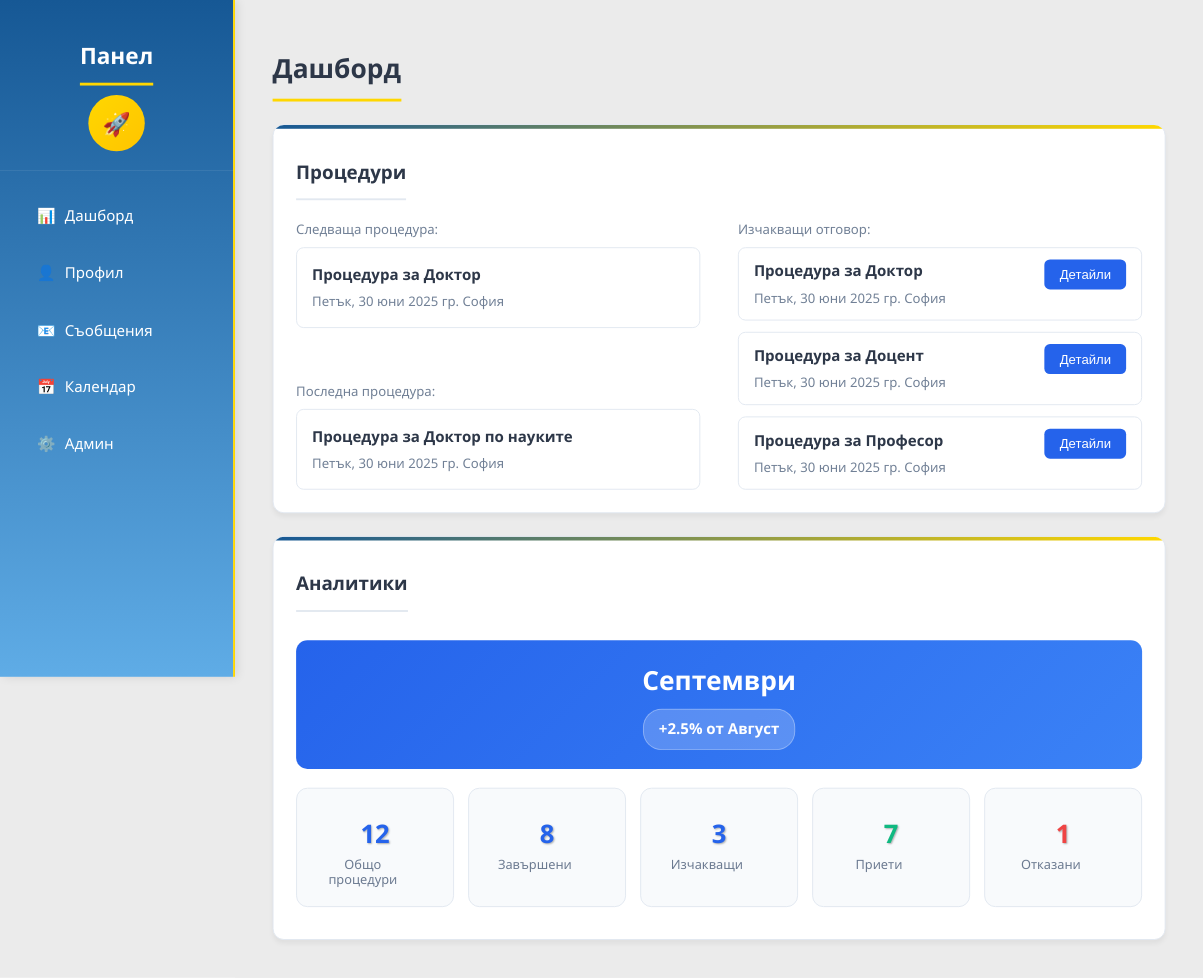
Repository: BorisSavianov/doxa-frontend
Page: /
The author's editor kept a copy of each file at every save. The page is drawn from the files as they stood at one save, then again after the next save.
The browser window is 1280 px wide. The pictures show the whole page, at 94% of full size.
The project was rebuilt for these pictures with package versions that can differ from the ones it lists, and the page was loaded fresh each time. Also part of the build but not shown: vite.config.js, src/components/Layout/Header.jsx, src/pages/Profile.jsx, src/pages/Inbox.css, src/pages/Inbox.jsx, src/pages/Calendar.css, src/pages/Calendar.jsx, src/pages/Admin.jsx.

Above is the page before, as saved 2025-10-24 14:24:12.

### index.html
<!doctype html>
<html lang="en">
  <head>
    <meta charset="UTF-8" />
    <link rel="icon" type="image/svg+xml" href="/vite.svg" />
    <meta name="viewport" content="width=device-width, initial-scale=1.0" />
    <title>vtu</title>
  </head>
  <body>
    <div id="root"></div>
    <script type="module" src="/src/main.jsx"></script>
  </body>
</html>

### src/main.jsx
import React from 'react'
import ReactDOM from 'react-dom/client'
import { createBrowserRouter, RouterProvider } from 'react-router-dom'
import { ThemeProvider } from './contexts/ThemeContext'
import { LanguageProvider } from './contexts/LanguageContext'
import Layout from './components/Layout/Layout'
import Dashboard from './pages/Dashboard'
import Profile from './pages/Profile'
import Inbox from './pages/Inbox'
import Calendar from './pages/Calendar'
import Admin from './pages/Admin'
import './index.css'

const router = createBrowserRouter([
  {
    path: "/",
    element: <Layout />,
    children: [
      {
        index: true,
        element: <Dashboard />,
      },
      {
        path: "dashboard",
        element: <Dashboard />,
      },
      {
        path: "profile",
        element: <Profile />,
      },
      {
        path: "inbox",
        element: <Inbox />,
      },
      {
        path: "calendar",
        element: <Calendar />,
      },
      {
        path: "admin",
        element: <Admin />,
      },
    ],
  },
], {
  future: {
    v7_startTransition: true,
    v7_relativeSplatPath: true,
  },
});

function App() {
  return (
    <ThemeProvider>
      <LanguageProvider>
        <RouterProvider router={router} />
      </LanguageProvider>
    </ThemeProvider>
  )
}

ReactDOM.createRoot(document.getElementById('root')).render(
  <React.StrictMode>
    <App />
  </React.StrictMode>,
)

### src/contexts/LanguageContext.jsx
import React, { createContext, useContext, useState } from 'react'
import { useLocalStorage } from '../hooks/useLocalStorage'

const LanguageContext = createContext()

export const useLanguage = () => {
  const context = useContext(LanguageContext)
  if (!context) {
    throw new Error('useLanguage must be used within a LanguageProvider')
  }
  return context
}

export const LanguageProvider = ({ children }) => {
  const [isEnglish, setIsEnglish] = useLocalStorage('language', false)

  const toggleLanguage = () => {
    setIsEnglish(prev => !prev)
  }

  const t = (bg, en) => {
    return isEnglish ? en : bg
  }

  const value = {
    isEnglish,
    toggleLanguage,
    t
  }

  return (
    <LanguageContext.Provider value={value}>
      {children}
    </LanguageContext.Provider>
  )
}

// В LanguageContext.jsx, добави следния код в t функцията или създай нова:
const calendarLocales = {
  bg: {
    buttonText: {
      today: 'Днес',
      month: 'Месец',
      week: 'Седмица',
      day: 'Ден',
      list: 'Списък'
    },
    allDayText: 'Цял ден',
    noEventsText: 'Няма събития'
  },
  en: {
    buttonText: {
      today: 'Today',
      month: 'Month',
      week: 'Week',
      day: 'Day',
      list: 'List'
    },
    allDayText: 'All day',
    noEventsText: 'No events'
  }
}

// Актуализирай t функцията или добави нова:
const getCalendarLocale = () => {
  return isEnglish ? calendarLocales.en : calendarLocales.bg
}

### src/components/Layout/Layout.jsx
import React from 'react'
import { Outlet } from 'react-router-dom'
import { useTheme } from '../../contexts/ThemeContext'
import Header from './Header'
import Sidebar from './Sidebar'
import '../../styles/globals.css'

const Layout = () => {
  const { isDark } = useTheme()

  return (
    <div className={`app ${isDark ? 'dark' : 'light'}`}>
      <Sidebar />
      <div className="main-content">

        <Outlet />
      </div>
    </div>
  )
}

export default Layout

### src/pages/Dashboard.jsx
import React from 'react';
import '../styles/dashboard.css';

const Dashboard = () => {
  return (
    <div className="dashboard">
      <h2>Дашборд</h2>

      {/* Процедури секция - цяла ширина */}
      <div className="card procedures-card full-width">
        <h2>Процедури</h2>

        <div className="procedures-grid">
          {/* Лява колона - Следваща и Последна процедура */}
          <div className="procedures-column">
            <div className="procedure-section">
              <h3>Следваща процедура:</h3>
              <div className="procedure-item">
                <div className="procedure-content">
                  <div className="procedure-info">
                    <div className="procedure-title">Процедура за Доктор</div>
                    <div className="procedure-date">Петък, 30 юни 2025 гр. София</div>
                  </div>
                </div>
              </div>
            </div>

            <div className="procedure-section">
              <h3>Последна процедура:</h3>
              <div className="procedure-item">
                <div className="procedure-content">
                  <div className="procedure-info">
                    <div className="procedure-title">Процедура за Доктор по науките</div>
                    <div className="procedure-date">Петък, 30 юни 2025 гр. София</div>
                  </div>
                </div>
              </div>
            </div>
          </div>

          {/* Дясна колона - Изчакващи процедури */}
          <div className="procedures-column">
            <div className="procedure-section">
              <h3>Изчакващи отговор:</h3>
              <div className="procedure-list">
                <div className="procedure-item waiting">
                  <div className="procedure-content">
                    <div className="procedure-info">
                      <div className="procedure-title">Процедура за Доктор</div>
                      <div className="procedure-date">Петък, 30 юни 2025 гр. София</div>
                    </div>
                    <button className="details-btn">Детайли</button>
                  </div>
                </div>
                <div className="procedure-item waiting">
                  <div className="procedure-content">
                    <div className="procedure-info">
                      <div className="procedure-title">Процедура за Доцент</div>
                      <div className="procedure-date">Петък, 30 юни 2025 гр. София</div>
                    </div>
                    <button className="details-btn">Детайли</button>
                  </div>
                </div>
                <div className="procedure-item waiting">
                  <div className="procedure-content">
                    <div className="procedure-info">
                      <div className="procedure-title">Процедура за Професор</div>
                      <div className="procedure-date">Петък, 30 юни 2025 гр. София</div>
                    </div>
                    <button className="details-btn">Детайли</button>
                  </div>
                </div>
              </div>
            </div>
          </div>
        </div>
      </div>

      {/* Долни секции */}
      <div className="bottom-sections">
        {/* Аналитики секция - разтегната на цялата дължина */}
        <div className="card analytics-card full-width">
          <h2>Аналитики</h2>
          <div className="analytics-content">
            <div className="analytics-main">
              <div className="month">Септември</div>
              <div className="trend positive">+2.5% от Август</div>
            </div>
            <div className="analytics-stats">
              <div className="stat-item">
                <div className="stat-value">12</div>
                <div className="stat-label">Общо процедури</div>
              </div>
              <div className="stat-item">
                <div className="stat-value">8</div>
                <div className="stat-label">Завършени</div>
              </div>
              <div className="stat-item">
                <div className="stat-value">3</div>
                <div className="stat-label">Изчакващи</div>
              </div>
              <div className="stat-item">
                <div className="stat-value accepted">7</div>
                <div className="stat-label">Приети</div>
              </div>
              <div className="stat-item">
                <div className="stat-value rejected">1</div>
                <div className="stat-label">Отказани</div>
              </div>
            </div>
          </div>
        </div>
      </div>
    </div>
  );
};

export default Dashboard;

### src/index.css
:root {
  font-family: Inter, system-ui, Avenir, Helvetica, Arial, sans-serif;
  line-height: 1.5;
  font-weight: 400;
}

body {
  margin: 0;
  display: flex;
  place-items: center;
  min-width: 320px;
  min-height: 100vh;
}

#root {
  width: 100%;
  margin: 0 auto;
}

### src/components/Layout/Sidebar.jsx
import React from 'react'
import { NavLink } from 'react-router-dom'
import { useLanguage } from '../../contexts/LanguageContext'

const Sidebar = () => {
  const { t } = useLanguage()

  const menuItems = [
    { path: '/dashboard', label: t('Дашборд', 'Dashboard'), icon: '📊' },
    { path: '/profile', label: t('Профил', 'Profile'), icon: '👤' },
    { path: '/inbox', label: t('Съобщения', 'Inbox'), icon: '📧' },
    { path: '/calendar', label: t('Календар', 'Calendar'), icon: '📅' },
    { path: '/admin', label: t('Админ', 'Admin'), icon: '⚙️' }
  ]

  return (
    <aside className="sidebar">
      <div style={{ padding: '20px', textAlign: 'center', borderBottom: '1px solid rgba(255,255,255,0.1)' }}>
        <h2 style={{ color: 'white', fontSize: '1.5rem', marginBottom: '10px' }}>
          {t('Панел', 'Panel')}
        </h2>
        <div style={{
          width: '60px',
          height: '60px',
          background: 'linear-gradient(135deg, var(--accent), #FFC400)',
          borderRadius: '50%',
          margin: '0 auto',
          display: 'flex',
          alignItems: 'center',
          justifyContent: 'center',
          fontSize: '1.5rem'
        }}>
          🚀
        </div>
      </div>

      <nav style={{ marginTop: '20px' }}>
        <ul>
          {menuItems.map((item) => (
            <li key={item.path}>
              <NavLink
                to={item.path}
                className={({ isActive }) => isActive ? 'active' : ''}
              >
                <span style={{ marginRight: '10px' }}>{item.icon}</span>
                {item.label}
              </NavLink>
            </li>
          ))}
        </ul>
      </nav>
    </aside>
  )
}

export default Sidebar

### src/styles/globals.css
* {
  margin: 0;
  padding: 0;
  box-sizing: border-box;
}

:root {
  --transition: all 0.3s ease;
}

body {
  font-family: 'Segoe UI', Tahoma, Geneva, Verdana, sans-serif;
  transition: var(--transition);
  line-height: 1.6;
}

.app {
  min-height: 100vh;
  display: flex;
  transition: var(--transition);
}

/* Light theme */
.app.light {
  background-color: #ebebeb;
  color: #333333;
  --primary: #165895;
  --secondary: #5FACE6;
  --background: #ebebeb;
  --surface: #ffffff;
  --text: #333333;
  --textSecondary: #666666;
  --accent: #FFD700;
  --border: #dddddd;
}

/* Dark theme */
.app.dark {
  background-color: #333333;
  color: #ebebeb;
  --primary: #5FACE6;
  --secondary: #165895;
  --background: #333333;
  --surface: #444444;
  --text: #ebebeb;
  --textSecondary: #cccccc;
  --accent: #FFD700;
  --border: #555555;
}

/* Main content area */
.main-content {
  flex: 1;
  padding: 20px;
  margin-left: 250px;
  transition: var(--transition);
  background: var(--background);
}

/* Header */
.header {
  background: linear(135deg, var(--primary), var(--secondary));
  padding: 1rem 2rem;
  display: flex;
  justify-content: space-between;
  align-items: center;
  box-shadow: 0 2px 10px rgba(0,0,0,0.1);
  transition: var(--transition);
  border-bottom: 3px solid var(--accent);
}

.header h1 {
  color: white;
  font-size: 1.8rem;
  font-weight: 600;
  text-shadow: 1px 1px 2px rgba(0,0,0,0.2);
}

.header-controls {
  display: flex;
  gap: 1rem;
  align-items: center;
}

/* Sidebar */
.sidebar {
  width: 250px;
  background: linear-gradient(180deg, var(--primary), var(--secondary));
  position: fixed;
  height: 100vh;
  padding: 20px 0;
  box-shadow: 3px 0 10px rgba(0,0,0,0.1);
  transition: var(--transition);
  border-right: 2px solid var(--accent);
}

.sidebar nav ul {
  list-style: none;
}

.sidebar nav a {
  display: block;
  padding: 15px 25px;
  color: white;
  text-decoration: none;
  transition: var(--transition);
  border-left: 4px solid transparent;
  font-weight: 500;
  margin: 5px 10px;
  border-radius: 0 8px 8px 0;
}

.sidebar nav a:hover {
  background: rgba(255, 255, 255, 0.1);
  border-left-color: var(--accent);
  transform: translateX(5px);
}

.sidebar nav a.active {
  background: rgba(255, 255, 255, 0.2);
  border-left-color: var(--accent);
  box-shadow: inset 0 0 20px rgba(255, 215, 0, 0.1);
}

/* Buttons */
.btn {
  padding: 10px 20px;
  border: none;
  border-radius: 6px;
  cursor: pointer;
  font-weight: 600;
  transition: var(--transition);
  display: flex;
  align-items: center;
  gap: 8px;
  font-size: 0.9rem;
}

.btn-primary {
  background: linear-gradient(135deg, var(--primary), var(--secondary));
  color: white;
  box-shadow: 0 2px 8px rgba(0,0,0,0.2);
}

.btn-primary:hover {
  transform: translateY(-2px);
  box-shadow: 0 4px 12px rgba(0,0,0,0.3);
}

.btn-accent {
  background: var(--accent);
  color: #333333;
  font-weight: bold;
  box-shadow: 0 2px 8px rgba(255, 215, 0, 0.3);
}

.btn-accent:hover {
  background: #FFC400;
  transform: translateY(-2px);
  box-shadow: 0 4px 12px rgba(255, 215, 0, 0.4);
}

/* Cards */
.card {
  background: var(--surface);
  border-radius: 12px;
  padding: 25px;
  box-shadow: 0 4px 15px rgba(0,0,0,0.1);
  transition: var(--transition);
  border: 1px solid var(--border);
  position: relative;
  overflow: hidden;
}

.card::before {
  content: '';
  position: absolute;
  top: 0;
  left: 0;
  right: 0;
  height: 4px;
  background: linear-gradient(90deg, var(--primary), var(--accent));
}

.card:hover {
  transform: translateY(-5px);
  box-shadow: 0 8px 25px rgba(0,0,0,0.15);
}

/* Dashboard Grid */
.dashboard-grid {
  display: grid;
  grid-template-columns: repeat(auto-fit, minmax(280px, 1fr));
  gap: 25px;
  margin-top: 25px;
}

.stat-card {
  text-align: center;
  background: linear-gradient(135deg, var(--surface), var(--background));
}

.stat-number {
  font-size: 2.5rem;
  font-weight: bold;
  background: linear-gradient(135deg, var(--primary), var(--secondary));
  -webkit-background-clip: text;
  -webkit-text-fill-color: transparent;
  background-clip: text;
  margin: 15px 0;
}

.stat-label {
  color: var(--textSecondary);
  font-size: 1rem;
  font-weight: 500;
}

/* Chart container */
.chart-container {
  background: var(--surface);
  border-radius: 12px;
  padding: 25px;
  margin-top: 25px;
  border: 1px solid var(--border);
  box-shadow: 0 4px 15px rgba(0,0,0,0.1);
}

.chart-container h3 {
  color: var(--primary);
  margin-bottom: 20px;
  font-size: 1.3rem;
}

.simple-chart {
  height: 250px;
  background: linear-gradient(135deg, var(--background), var(--surface));
  border-radius: 8px;
  display: flex;
  align-items: flex-end;
  padding: 15px;
  gap: 12px;
  border: 1px solid var(--border);
}

.chart-bar {
  flex: 1;
  background: linear-gradient(to top, var(--primary), var(--secondary));
  border-radius: 4px 4px 0 0;
  transition: var(--transition);
  min-height: 20px;
  position: relative;
  box-shadow: 0 -2px 10px rgba(0,0,0,0.1);
}

.chart-bar:hover {
  transform: scaleY(1.05);
  box-shadow: 0 -4px 15px rgba(0,0,0,0.2);
}

.chart-bar::after {
  content: '';
  position: absolute;
  top: 0;
  left: 0;
  right: 0;
  height: 100%;
  background: linear-gradient(to bottom, transparent, rgba(255, 215, 0, 0.3));
  border-radius: 4px 4px 0 0;
}

/* Page headers */
h2 {
  color: var(--primary);
  font-size: 2rem;
  margin-bottom: 20px;
  padding-bottom: 10px;
  border-bottom: 3px solid var(--accent);
  display: inline-block;
}

h3 {
  color: var(--primary);
  margin-bottom: 15px;
  font-size: 1.4rem;
}

/* Responsive design */
@media (max-width: 768px) {
  .sidebar {
    width: 200px;
    transform: translateX(-100%);
  }

  .main-content {
    margin-left: 0;
  }

  .dashboard-grid {
    grid-template-columns: 1fr;
  }

  .header {
    padding: 1rem;
  }

  .header h1 {
    font-size: 1.4rem;
  }
}

/* Additional styling for better visual hierarchy */
.progress-bar {
  background: var(--border);
  border-radius: 10px;
  height: 8px;
  overflow: hidden;
  margin: 10px 0;
}

.progress-fill {
  height: 100%;
  background: linear-gradient(90deg, var(--primary), var(--accent));
  border-radius: 10px;
  transition: width 0.3s ease;
}

.badge {
  background: var(--accent);
  color: #333333;
  padding: 4px 12px;
  border-radius: 20px;
  font-size: 0.8rem;
  font-weight: bold;
  display: inline-block;
  margin-left: 10px;
}

### src/styles/dashboard.css
.dashboard {
    padding: 20px;
    min-height: 100vh;
    position: relative;
}

.dashboard-header {
    position: absolute;
    top: 0;
    left: 0;
    right: 0;
    height: 4px;
    background: #2563eb;
    background: linear-gradient(90deg, #2563eb 0%, #3b82f6 50%, #2563eb 100%);
}

.dashboard h2 {
    color: #2d3748;
    margin-bottom: 24px;
    font-size: 28px;
    font-weight: 600;
    margin-top: 10px;
}

.card {
    background: white;
    border-radius: 12px;
    padding: 24px;
    box-shadow: 0 4px 6px rgba(0, 0, 0, 0.05);
    border: 1px solid #e2e8f0;
    position: relative;
    overflow: hidden;
}

.card h2 {
    color: #2d3748;
    margin-bottom: 20px;
    font-size: 20px;
    font-weight: 600;
    border-bottom: 2px solid #e2e8f0;
    padding-bottom: 12px;
}

/* Процедури стилове - цяла ширина */
.procedures-card.full-width {
    grid-column: 1 / -1;
    margin-bottom: 24px;
}

.procedures-grid {
    display: grid;
    grid-template-columns: 1fr 1fr;
    gap: 40px;
}

.procedures-column {
    display: flex;
    flex-direction: column;
    justify-content: space-evenly;
    gap: 24px;
}

.procedure-section:nth-child(even) {
    flex: 1;
    display: flex;
    flex-direction: column;
    justify-content: flex-end;
}

.procedure-section h3 {
    font-size: 14px;
    color: #718096;
    margin-bottom: 8px;
    font-weight: 500;
}

.procedure-item {
    padding: 16px;
    border-radius: 8px;
    border: 1px solid #e2e8f0;
    transition: all 0.2s ease;
    background: white;
}

.procedure-item.waiting {
    padding: 12px 16px;
}

.procedure-content {
    display: flex;
    justify-content: space-between;
    align-items: flex-start;
    gap: 12px;
}

.procedure-info {
    flex: 1;
}

.procedure-title {
    font-weight: 600;
    color: #2d3748;
    margin-bottom: 4px;
}

.procedure-date {
    font-size: 14px;
    color: #718096;
}

.procedure-item:hover {
    background-color: #f7fafc;
    box-shadow: 0 2px 4px rgba(0, 0, 0, 0.1);
}

.procedure-list {
    display: flex;
    flex-direction: column;
    gap: 12px;
}

/* Бутон за детайли */
.details-btn {
    background: #2563eb;
    color: white;
    border: none;
    padding: 8px 16px;
    border-radius: 6px;
    font-size: 14px;
    font-weight: 500;
    cursor: pointer;
    transition: all 0.2s ease;
    white-space: nowrap;
    min-width: 80px;
}

.details-btn:hover {
    background: #1d4ed8;
    box-shadow: 0 2px 4px rgba(37, 99, 235, 0.3);
}

.details-btn:active {
    transform: translateY(0);
}

/* Долни секции */
.bottom-sections {
    display: grid;
    grid-template-columns: 1fr;
    gap: 24px;
}

/* Аналитики стилове - подобрени */
.analytics-card.full-width {
    grid-column: 1 / -1;
}

.analytics-content {
    padding: 10px 0;
}

.analytics-main {
    text-align: center;
    margin-bottom: 20px;
    padding: 20px;
    background: linear-gradient(135deg, #2563eb 0%, #3b82f6 100%);
    border-radius: 12px;
    color: white;
}

.month {
    font-size: 28px;
    font-weight: 700;
    margin-bottom: 8px;
}

.trend {
    font-size: 16px;
    font-weight: 600;
    padding: 8px 16px;
    border-radius: 20px;
    display: inline-block;
}

.trend.positive {
    background: rgba(255, 255, 255, 0.2);
    border: 1px solid rgba(255, 255, 255, 0.3);
}

.analytics-stats {
    display: grid;
    grid-template-columns: repeat(5, 1fr);
    gap: 15px;
    margin-top: 15px;
}

.stat-item {
    text-align: center;
    padding: 20px 15px;
    background: #f8fafc;
    border-radius: 12px;
    border: 1px solid #e2e8f0;
    transition: all 0.3s ease;
}

.stat-item:hover {
    /* transform: translateY(-2px); */
    box-shadow: 0 4px 12px rgba(0, 0, 0, 0.1);
}

.stat-value {
    font-size: 32px;
    font-weight: 700;
    color: #2563eb;
    margin-bottom: 8px;
}

.stat-value.accepted {
    color: #10b981;
}

.stat-value.rejected {
    color: #ef4444;
}

.stat-label {
    font-size: 14px;
    color: #64748b;
    font-weight: 500;
}

/* Календар стилове */
.calendar-placeholder {
    height: 200px;
    display: flex;
    align-items: center;
    justify-content: center;
    background: #f7fafc;
    border-radius: 8px;
    border: 2px dashed #e2e8f0;
}

.calendar-placeholder p {
    color: #a0aec0;
    font-size: 16px;
}

/* Responsive дизайн */
@media (max-width: 1024px) {
    .procedures-grid {
        gap: 30px;
    }

    .analytics-stats {
        grid-template-columns: repeat(3, 1fr);
    }
}

@media (max-width: 768px) {
    .dashboard {
        padding: 16px;
    }

    .card {
        padding: 20px;
    }

    .procedures-grid {
        grid-template-columns: 1fr;
        gap: 20px;
    }

    .bottom-sections {
        grid-template-columns: 1fr;
    }

    .procedures-card.full-width {
        margin-bottom: 20px;
    }

    .procedure-content {
        flex-direction: column;
        gap: 8px;
    }

    .details-btn {
        align-self: flex-end;
        min-width: 70px;
        padding: 6px 12px;
        font-size: 13px;
    }

    .analytics-stats {
        grid-template-columns: repeat(2, 1fr);
    }

    .stat-value {
        font-size: 28px;
    }
}

@media (max-width: 480px) {
    .month {
        font-size: 20px;
    }

    .dashboard h2 {
        font-size: 24px;
    }

    .analytics-stats {
        grid-template-columns: 1fr;
    }

    .stat-value {
        font-size: 24px;
    }

    .stat-item {
        padding: 15px 10px;
    }
}

Loaded but not shown: src/contexts/ThemeContext.js (31 lines, source omitted); src/hooks/useLocalStorage.js (24 lines, source omitted); src/pages/Profile.css (619 lines, source omitted)

After the next save:
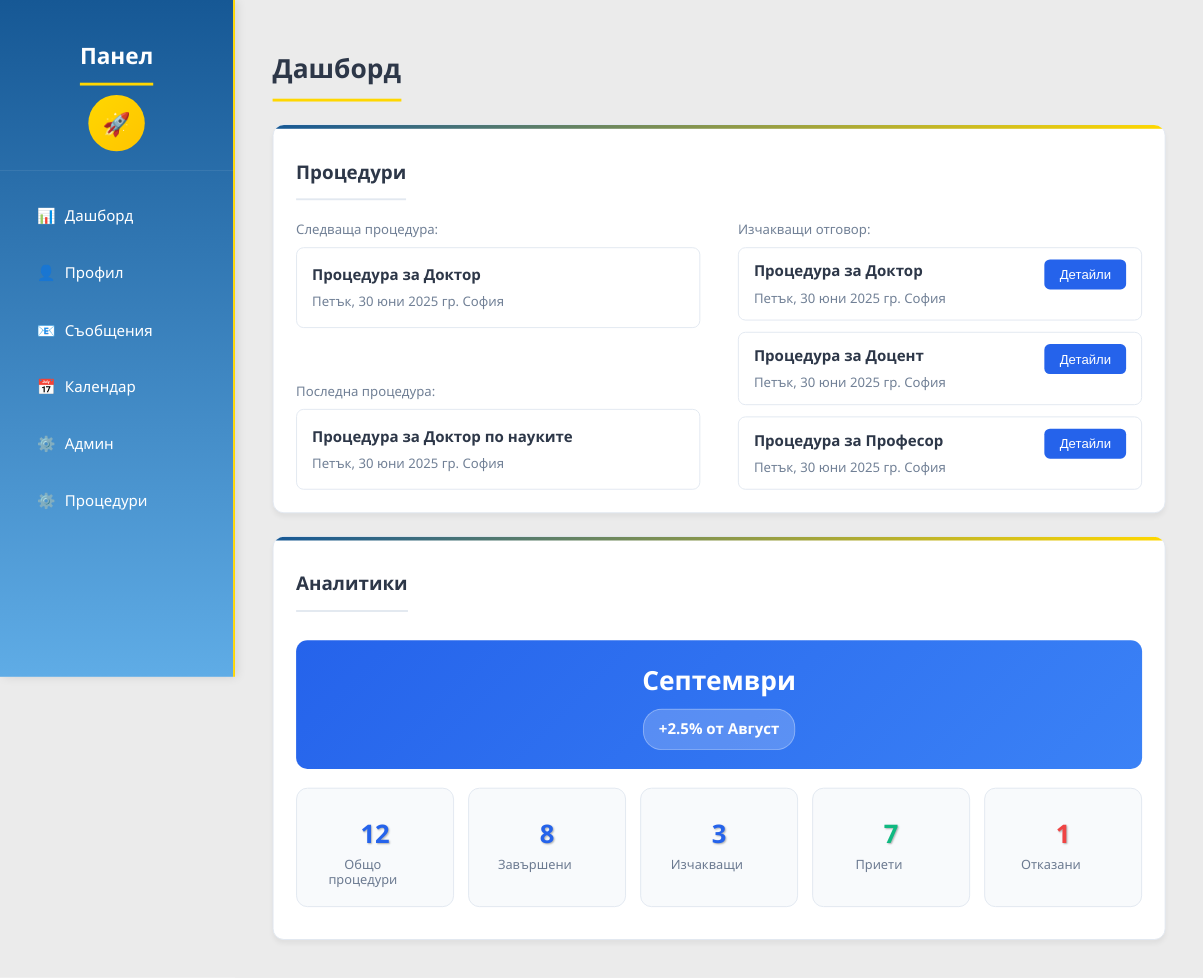
Saved 91 s later.
--- a/src/components/Layout/Sidebar.jsx
+++ b/src/components/Layout/Sidebar.jsx
@@ -10,7 +10,8 @@ const Sidebar = () => {
     { path: '/profile', label: t('Профил', 'Profile'), icon: '👤' },
     { path: '/inbox', label: t('Съобщения', 'Inbox'), icon: '📧' },
     { path: '/calendar', label: t('Календар', 'Calendar'), icon: '📅' },
-    { path: '/admin', label: t('Админ', 'Admin'), icon: '⚙️' }
+    { path: '/admin', label: t('Админ', 'Admin'), icon: '⚙️' },
+       { path: '/procedures', label: t('Процедури', 'Admin'), icon: '⚙️' }
   ]
 
   return (
